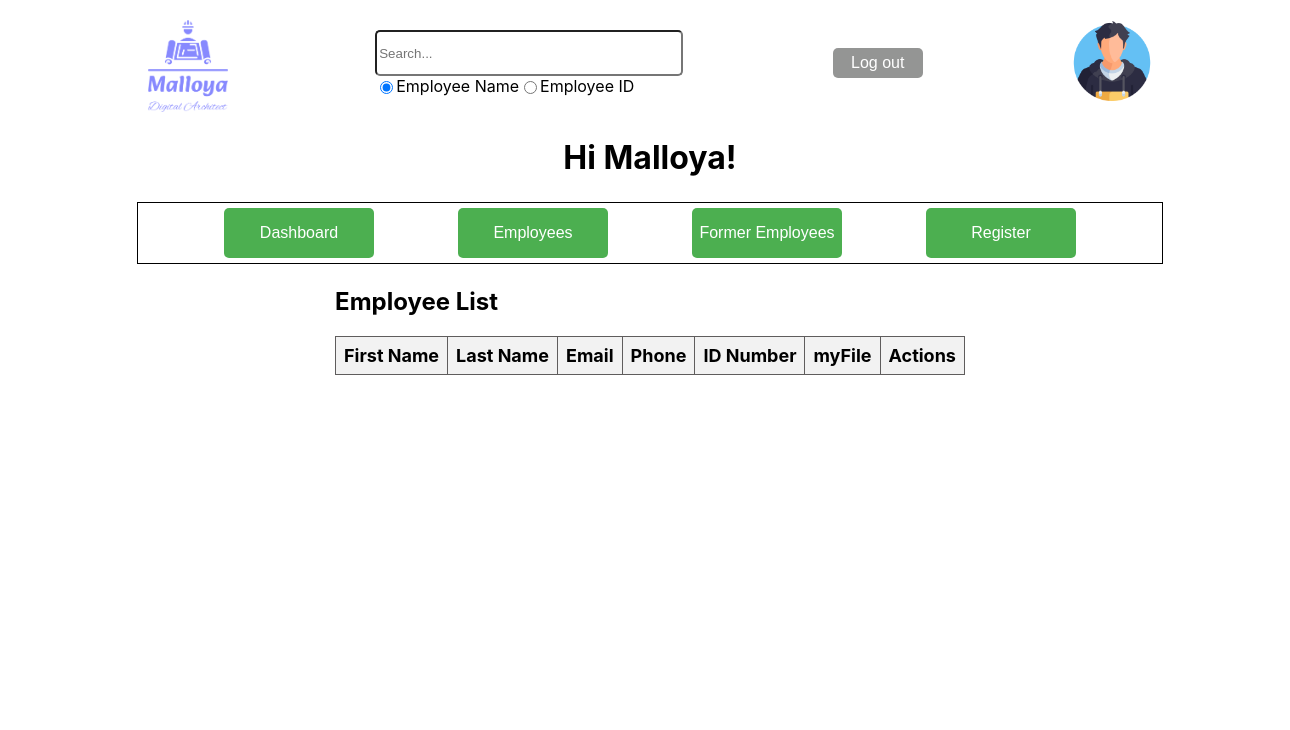
Repository: SbuKhoza/register
Page: /employees
These files come from the project's save history. The page is drawn as it stood at one moment and after a run of saves; the edit follows.
The browser window is 1280 px wide. The page is 1290 px wide, so the pictures cover 1290 px, including what lies to the right of the window. The pictures show the whole page.
The project was rebuilt for these pictures with package versions that can differ from the ones it lists, and the page was loaded fresh each time. Also part of the build but not shown: src/Form.css, src/Form.js, src/Home.js, src/Login.css, src/Login.js, src/FEmployee.css, src/Fempl.js, src/FEmployee.js and 3 more.

Above is the page before, as saved 2024-07-22 16:09:38.

After the next 2 saves:
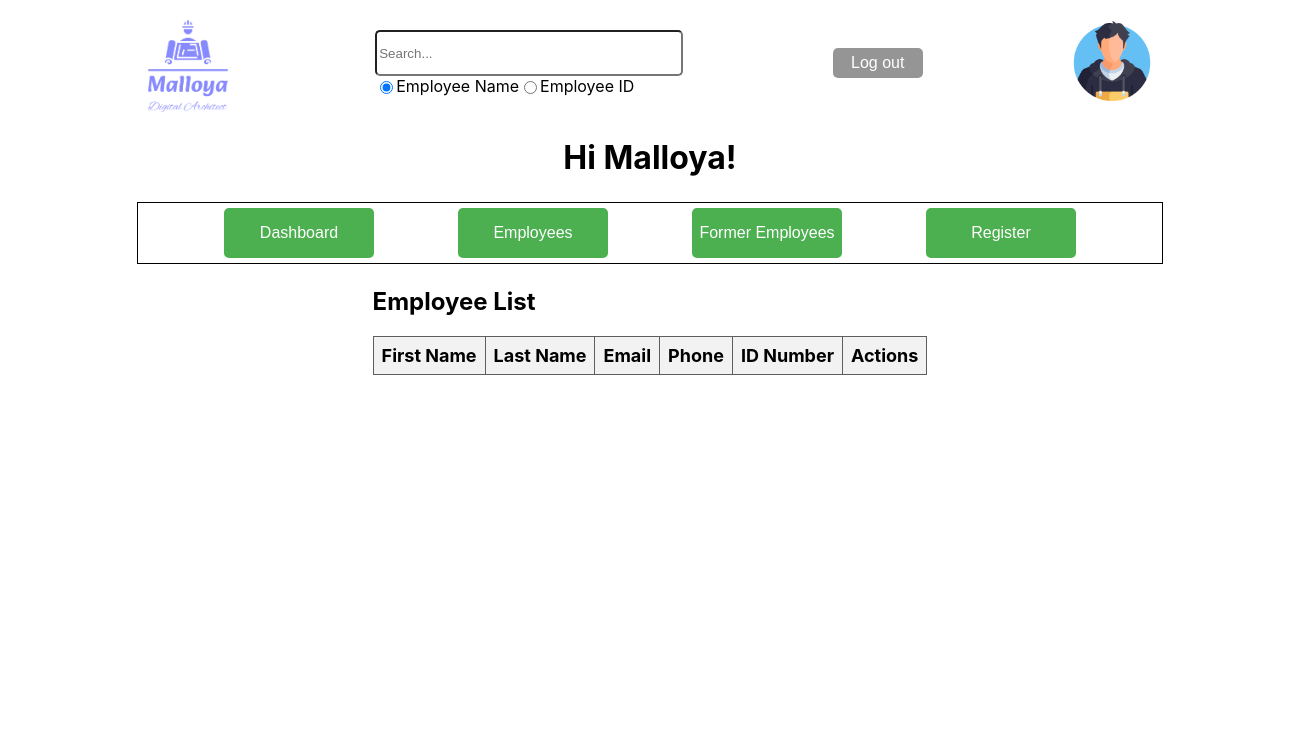
The 2 saves are shown as one change because they came seconds apart.
The last was saved 55 s later.
--- a/src/Employ.js
+++ b/src/Employ.js
@@ -37,7 +37,6 @@ function Employ() {
                         <th>Email</th>
                         <th>Phone</th>
                         <th>ID Number</th>
-                        <th>myFile</th>
                         <th>Actions</th>
                     </tr>
                 </thead>
